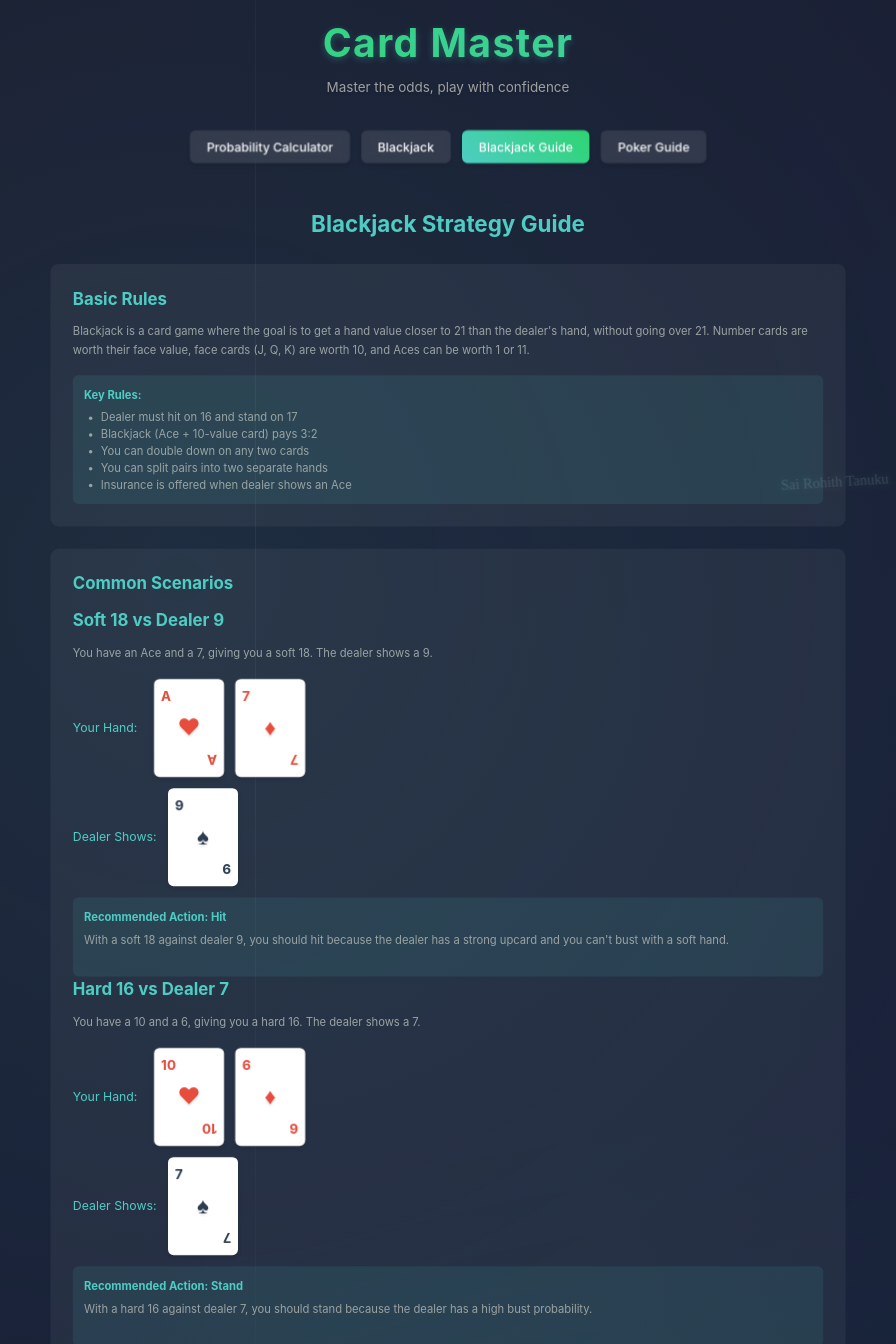
Repository: rohith1125/cards
Page: /, after clicking the first element matching `nav.css-gnujko > :nth-child(3)`
An editor plug-in stored every save of this project. The page is shown before and after the next save, followed by the edit.
The browser window is 1280 px wide. The pictures show the part of the page from y = 0 to 1920 px (the page is 4185 px tall before and 4164 px after), at 70% of full size.
The project was rebuilt for these pictures with package versions that can differ from the ones it lists, and the page was loaded fresh each time. Also part of the build but not shown: vite.config.ts, src/components/Blackjack.tsx, src/components/PokerGuide.tsx.

Above is the page before, as saved 2025-05-19 21:53:10.

### index.html
<!doctype html>
<html lang="en">
  <head>
    <meta charset="UTF-8" />
    <link rel="icon" type="image/svg+xml" href="/vite.svg" />
    <meta name="viewport" content="width=device-width, initial-scale=1.0" />
    <title>Card Master</title>
  </head>
  <body>
    <div id="root"></div>
    <script type="module" src="/src/main.tsx"></script>
  </body>
</html>

### src/index.css
:root {
  font-family: Inter, system-ui, Avenir, Helvetica, Arial, sans-serif;
  line-height: 1.5;
  font-weight: 400;

  color-scheme: light dark;
  color: rgba(255, 255, 255, 0.87);
  background-color: #242424;

  font-synthesis: none;
  text-rendering: optimizeLegibility;
  -webkit-font-smoothing: antialiased;
  -moz-osx-font-smoothing: grayscale;
}

* {
  margin: 0;
  padding: 0;
  box-sizing: border-box;
}

body {
  margin: 0;
  min-width: 320px;
  min-height: 100vh;
}

#root {
  width: 100%;
  min-height: 100vh;
}

h1 {
  font-size: 3.2em;
  line-height: 1.1;
}

button {
  border-radius: 8px;
  border: 1px solid transparent;
  padding: 0.6em 1.2em;
  font-size: 1em;
  font-weight: 500;
  font-family: inherit;
  background-color: #1a1a1a;
  cursor: pointer;
  transition: border-color 0.25s;
}

button:hover {
  border-color: #646cff;
}

button:focus,
button:focus-visible {
  outline: 4px auto -webkit-focus-ring-color;
}

@media (prefers-color-scheme: light) {
  :root {
    color: #213547;
    background-color: #ffffff;
  }
  button {
    background-color: #f9f9f9;
  }
}

### src/components/BlackjackGuide.tsx
import styled from '@emotion/styled'
import { Card } from './Card'
import { type Suit, type Value } from './Card'

const Container = styled.div`
  max-width: 1200px;
  margin: 0 auto;
  padding: 2rem;
`

const Title = styled.h2`
  color: #4ecdc4;
  margin-bottom: 2rem;
  text-align: center;
  font-size: 2rem;
`

const Section = styled.div`
  background: rgba(255, 255, 255, 0.05);
  border-radius: 12px;
  padding: 2rem;
  margin-bottom: 2rem;
`

const SectionTitle = styled.h3`
  color: #4ecdc4;
  margin-bottom: 1rem;
  font-size: 1.5rem;
  display: flex;
  align-items: center;
  gap: 1rem;
`

const Description = styled.p`
  color: #a0a0a0;
  margin-bottom: 1.5rem;
  line-height: 1.6;
`

const CardsContainer = styled.div`
  display: flex;
  gap: 1rem;
  margin-bottom: 1rem;
  align-items: center;
`

const HandLabel = styled.div`
  color: #4ecdc4;
  font-size: 1.1rem;
  min-width: 100px;
`

const Tips = styled.div`
  background: rgba(78, 205, 196, 0.1);
  border-radius: 8px;
  padding: 1rem;
  margin-top: 1rem;
`

const TipTitle = styled.h4`
  color: #4ecdc4;
  margin-bottom: 0.5rem;
`

const TipList = styled.ul`
  color: #a0a0a0;
  margin: 0;
  padding-left: 1.5rem;
`

const StrategyTable = styled.table`
  width: 100%;
  border-collapse: collapse;
  margin: 1rem 0;
  color: #a0a0a0;
`

const TableHeader = styled.th`
  background: rgba(78, 205, 196, 0.1);
  padding: 0.75rem;
  text-align: left;
  color: #4ecdc4;
`

const TableCell = styled.td`
  padding: 0.75rem;
  border-bottom: 1px solid rgba(255, 255, 255, 0.1);
`

const ActionButton = styled.button`
  padding: 0.5rem 1rem;
  border: none;
  border-radius: 4px;
  background: #4ecdc4;
  color: white;
  cursor: pointer;
  transition: all 0.3s ease;
  margin: 0.5rem;

  &:hover {
    background: #45b7af;
    transform: translateY(-2px);
  }

  &:active {
    transform: translateY(0);
  }
`

interface Scenario {
  title: string
  description: string
  playerCards: Array<{ suit: Suit; value: Value }>
  dealerCard: { suit: Suit; value: Value }
  recommendedAction: string
  explanation: string
}

const scenarios: Scenario[] = [
  {
    title: 'Soft 18 vs Dealer 9',
    description: 'You have an Ace and a 7, giving you a soft 18. The dealer shows a 9.',
    playerCards: [
      { suit: 'hearts', value: 'A' },
      { suit: 'diamonds', value: '7' }
    ],
    dealerCard: { suit: 'spades', value: '9' },
    recommendedAction: 'Hit',
    explanation: 'With a soft 18 against dealer 9, you should hit because the dealer has a strong upcard and you can\'t bust with a soft hand.'
  },
  {
    title: 'Hard 16 vs Dealer 7',
    description: 'You have a 10 and a 6, giving you a hard 16. The dealer shows a 7.',
    playerCards: [
      { suit: 'hearts', value: '10' },
      { suit: 'diamonds', value: '6' }
    ],
    dealerCard: { suit: 'spades', value: '7' },
    recommendedAction: 'Stand',
    explanation: 'With a hard 16 against dealer 7, you should stand because the dealer has a high bust probability.'
  },
  {
    title: 'Pair of 8s vs Dealer 10',
    description: 'You have a pair of 8s. The dealer shows a 10.',
    playerCards: [
      { suit: 'hearts', value: '8' },
      { suit: 'diamonds', value: '8' }
    ],
    dealerCard: { suit: 'spades', value: '10' },
    recommendedAction: 'Split',
    explanation: 'Always split 8s, even against a dealer 10. A pair of 8s is a weak hand, but splitting gives you two chances to improve.'
  }
]

const basicStrategy = [
  { playerHand: 'Hard 20', dealer2: 'Stand', dealer3: 'Stand', dealer4: 'Stand', dealer5: 'Stand', dealer6: 'Stand', dealer7: 'Stand', dealer8: 'Stand', dealer9: 'Stand', dealer10: 'Stand', dealerA: 'Stand' },
  { playerHand: 'Hard 19', dealer2: 'Stand', dealer3: 'Stand', dealer4: 'Stand', dealer5: 'Stand', dealer6: 'Stand', dealer7: 'Stand', dealer8: 'Stand', dealer9: 'Stand', dealer10: 'Stand', dealerA: 'Stand' },
  { playerHand: 'Hard 18', dealer2: 'Stand', dealer3: 'Stand', dealer4: 'Stand', dealer5: 'Stand', dealer6: 'Stand', dealer7: 'Stand', dealer8: 'Stand', dealer9: 'Stand', dealer10: 'Stand', dealerA: 'Stand' },
  { playerHand: 'Hard 17', dealer2: 'Stand', dealer3: 'Stand', dealer4: 'Stand', dealer5: 'Stand', dealer6: 'Stand', dealer7: 'Stand', dealer8: 'Stand', dealer9: 'Stand', dealer10: 'Stand', dealerA: 'Stand' },
  { playerHand: 'Hard 16', dealer2: 'Stand', dealer3: 'Stand', dealer4: 'Stand', dealer5: 'Stand', dealer6: 'Stand', dealer7: 'Hit', dealer8: 'Hit', dealer9: 'Hit', dealer10: 'Hit', dealerA: 'Hit' },
  { playerHand: 'Hard 15', dealer2: 'Stand', dealer3: 'Stand', dealer4: 'Stand', dealer5: 'Stand', dealer6: 'Stand', dealer7: 'Hit', dealer8: 'Hit', dealer9: 'Hit', dealer10: 'Hit', dealerA: 'Hit' },
  { playerHand: 'Hard 13-14', dealer2: 'Stand', dealer3: 'Stand', dealer4: 'Stand', dealer5: 'Stand', dealer6: 'Stand', dealer7: 'Hit', dealer8: 'Hit', dealer9: 'Hit', dealer10: 'Hit', dealerA: 'Hit' },
  { playerHand: 'Hard 12', dealer2: 'Hit', dealer3: 'Hit', dealer4: 'Stand', dealer5: 'Stand', dealer6: 'Stand', dealer7: 'Hit', dealer8: 'Hit', dealer9: 'Hit', dealer10: 'Hit', dealerA: 'Hit' },
  { playerHand: 'Hard 11', dealer2: 'Double', dealer3: 'Double', dealer4: 'Double', dealer5: 'Double', dealer6: 'Double', dealer7: 'Double', dealer8: 'Double', dealer9: 'Double', dealer10: 'Double', dealerA: 'Hit' },
  { playerHand: 'Hard 10', dealer2: 'Double', dealer3: 'Double', dealer4: 'Double', dealer5: 'Double', dealer6: 'Double', dealer7: 'Double', dealer8: 'Double', dealer9: 'Double', dealer10: 'Hit', dealerA: 'Hit' },
  { playerHand: 'Hard 9', dealer2: 'Hit', dealer3: 'Double', dealer4: 'Double', dealer5: 'Double', dealer6: 'Double', dealer7: 'Hit', dealer8: 'Hit', dealer9: 'Hit', dealer10: 'Hit', dealerA: 'Hit' },
  { playerHand: 'Hard 8 or less', dealer2: 'Hit', dealer3: 'Hit', dealer4: 'Hit', dealer5: 'Hit', dealer6: 'Hit', dealer7: 'Hit', dealer8: 'Hit', dealer9: 'Hit', dealer10: 'Hit', dealerA: 'Hit' }
]

export const BlackjackGuide = () => {
  return (
    <Container>
      <Title>Blackjack Strategy Guide</Title>

      <Section>
        <SectionTitle>Basic Rules</SectionTitle>
        <Description>
          Blackjack is a card game where the goal is to get a hand value closer to 21 than the dealer's hand, without going over 21.
          Number cards are worth their face value, face cards (J, Q, K) are worth 10, and Aces can be worth 1 or 11.
        </Description>
        <Tips>
          <TipTitle>Key Rules:</TipTitle>
          <TipList>
            <li>Dealer must hit on 16 and stand on 17</li>
            <li>Blackjack (Ace + 10-value card) pays 3:2</li>
            <li>You can double down on any two cards</li>
            <li>You can split pairs into two separate hands</li>
            <li>Insurance is offered when dealer shows an Ace</li>
          </TipList>
        </Tips>
      </Section>

      <Section>
        <SectionTitle>Common Scenarios</SectionTitle>
        {scenarios.map((scenario, index) => (
          <div key={index}>
            <SectionTitle>{scenario.title}</SectionTitle>
            <Description>{scenario.description}</Description>
            <CardsContainer>
              <HandLabel>Your Hand:</HandLabel>
              {scenario.playerCards.map((card, cardIndex) => (
                <Card
                  key={`player-${cardIndex}`}
                  suit={card.suit}
                  value={card.value}
                />
              ))}
            </CardsContainer>
            <CardsContainer>
              <HandLabel>Dealer Shows:</HandLabel>
              <Card
                suit={scenario.dealerCard.suit}
                value={scenario.dealerCard.value}
              />
            </CardsContainer>
            <Tips>
              <TipTitle>Recommended Action: {scenario.recommendedAction}</TipTitle>
              <Description>{scenario.explanation}</Description>
            </Tips>
          </div>
        ))}
      </Section>

      <Section>
        <SectionTitle>Basic Strategy</SectionTitle>
        <Description>
          Basic strategy is the mathematically optimal way to play blackjack.
          It tells you the best action to take for any combination of your hand and the dealer's upcard.
        </Description>
        <StrategyTable>
          <thead>
            <tr>
              <TableHeader>Your Hand</TableHeader>
              <TableHeader>Dealer 2</TableHeader>
              <TableHeader>Dealer 3</TableHeader>
              <TableHeader>Dealer 4</TableHeader>
              <TableHeader>Dealer 5</TableHeader>
              <TableHeader>Dealer 6</TableHeader>
              <TableHeader>Dealer 7</TableHeader>
              <TableHeader>Dealer 8</TableHeader>
              <TableHeader>Dealer 9</TableHeader>
              <TableHeader>Dealer 10</TableHeader>
              <TableHeader>Dealer A</TableHeader>
            </tr>
          </thead>
          <tbody>
            {basicStrategy.map((row, index) => (
              <tr key={index}>
                <TableCell>{row.playerHand}</TableCell>
                <TableCell>{row.dealer2}</TableCell>
                <TableCell>{row.dealer3}</TableCell>
                <TableCell>{row.dealer4}</TableCell>
                <TableCell>{row.dealer5}</TableCell>
                <TableCell>{row.dealer6}</TableCell>
                <TableCell>{row.dealer7}</TableCell>
                <TableCell>{row.dealer8}</TableCell>
                <TableCell>{row.dealer9}</TableCell>
                <TableCell>{row.dealer10}</TableCell>
                <TableCell>{row.dealerA}</TableCell>
              </tr>
            ))}
          </tbody>
        </StrategyTable>
      </Section>

      <Section>
        <SectionTitle>Advanced Tips</SectionTitle>
        <Tips>
          <TipTitle>When to Double Down:</TipTitle>
          <TipList>
            <li>Double down on 11 against dealer 2-10</li>
            <li>Double down on 10 against dealer 2-9</li>
            <li>Double down on 9 against dealer 3-6</li>
            <li>Double down on soft 13-17 against dealer 3-6</li>
          </TipList>
        </Tips>
        <Tips>
          <TipTitle>When to Split:</TipTitle>
          <TipList>
            <li>Always split Aces and 8s</li>
            <li>Never split 5s or 10s</li>
            <li>Split 2s and 3s against dealer 2-7</li>
            <li>Split 4s against dealer 5-6</li>
            <li>Split 6s against dealer 2-6</li>
            <li>Split 7s against dealer 2-7</li>
            <li>Split 9s against dealer 2-9 (except 7)</li>
          </TipList>
        </Tips>
        <Tips>
          <TipTitle>Insurance and Surrender:</TipTitle>
          <TipList>
            <li>Never take insurance (it's a bad bet)</li>
            <li>Surrender hard 15 against dealer 10</li>
            <li>Surrender hard 15 against dealer 9</li>
            <li>Surrender hard 14 against dealer 10</li>
          </TipList>
        </Tips>
      </Section>
    </Container>
  )
}

### src/components/Card.tsx
import styled from '@emotion/styled'
import { keyframes } from '@emotion/react'

export type Suit = 'hearts' | 'diamonds' | 'clubs' | 'spades'
export type Value = 'A' | '2' | '3' | '4' | '5' | '6' | '7' | '8' | '9' | '10' | 'J' | 'Q' | 'K'

interface CardProps {
  suit: Suit
  value: Value
  hidden?: boolean
  onClick?: () => void
}

const cardFlip = keyframes`
  from {
    transform: rotateY(0deg);
  }
  to {
    transform: rotateY(180deg);
  }
`

const glowAnimation = keyframes`
  0% {
    box-shadow: 0 0 5px rgba(78, 205, 196, 0.5);
  }
  50% {
    box-shadow: 0 0 20px rgba(78, 205, 196, 0.8);
  }
  100% {
    box-shadow: 0 0 5px rgba(78, 205, 196, 0.5);
  }
`

interface CardContainerProps {
  $suit: Suit
  $hidden?: boolean
}

const CardContainer = styled.div<CardContainerProps>`
  width: 100px;
  height: 140px;
  background: ${props => props.$hidden ? '#2c3e50' : 'white'};
  border-radius: 8px;
  padding: 10px;
  display: flex;
  flex-direction: column;
  justify-content: space-between;
  color: ${props => props.$suit === 'hearts' || props.$suit === 'diamonds' ? '#e74c3c' : '#2c3e50'};
  box-shadow: 0 4px 6px rgba(0, 0, 0, 0.1);
  transition: all 0.3s ease;
  position: relative;
  cursor: ${props => props.onClick ? 'pointer' : 'default'};
  transform-style: preserve-3d;
  animation: ${props => props.$hidden ? cardFlip : 'none'} 0.6s ease-in-out;

  &:hover {
    transform: translateY(-5px) rotateX(10deg);
    animation: ${glowAnimation} 2s infinite;
  }

  &::after {
    content: 'SRT';
    position: absolute;
    bottom: 2px;
    right: 2px;
    font-size: 6px;
    opacity: 0.1;
    font-family: monospace;
    transform: rotate(-45deg);
    text-shadow: 0 0 2px rgba(78, 205, 196, 0.3);
  }

  &::before {
    content: '';
    position: absolute;
    top: 0;
    left: 0;
    right: 0;
    bottom: 0;
    background: linear-gradient(45deg, transparent 48%, rgba(255, 255, 255, 0.1) 49%, transparent 50%);
    background-size: 20px 20px;
    opacity: 0.1;
    pointer-events: none;
  }
`;

const TopValue = styled.div`
  font-size: 1.2rem;
  font-weight: bold;
  display: flex;
  align-items: center;
  gap: 4px;
  text-shadow: 0 1px 2px rgba(0, 0, 0, 0.1);
`;

const CenterSuit = styled.div`
  font-size: 2rem;
  display: flex;
  justify-content: center;
  align-items: center;
  flex: 1;
  text-shadow: 0 2px 4px rgba(0, 0, 0, 0.1);
`;

const BottomValue = styled.div`
  font-size: 1.2rem;
  font-weight: bold;
  display: flex;
  align-items: center;
  gap: 4px;
  transform: rotate(180deg);
  text-shadow: 0 1px 2px rgba(0, 0, 0, 0.1);
`;

const HiddenPattern = styled.div`
  position: absolute;
  top: 0;
  left: 0;
  right: 0;
  bottom: 0;
  background:
    linear-gradient(45deg, transparent 48%, rgba(255, 255, 255, 0.1) 49%, rgba(255, 255, 255, 0.1) 51%, transparent 52%),
    linear-gradient(-45deg, transparent 48%, rgba(255, 255, 255, 0.1) 49%, rgba(255, 255, 255, 0.1) 51%, transparent 52%);
  background-size: 20px 20px;
  animation: ${cardFlip} 0.6s ease-in-out;
`;

export const Card = ({ suit, value, hidden = false, onClick }: CardProps) => {
  const getSuitSymbol = (suit: Suit) => {
    switch (suit) {
      case 'hearts': return '♥';
      case 'diamonds': return '♦';
      case 'clubs': return '♣';
      case 'spades': return '♠';
    }
  }

  return (
    <CardContainer $suit={suit} $hidden={hidden} onClick={onClick}>
      {!hidden && (
        <>
          <TopValue>{value}</TopValue>
          <CenterSuit>{getSuitSymbol(suit)}</CenterSuit>
          <BottomValue>{value}</BottomValue>
        </>
      )}
      {hidden && <HiddenPattern />}
    </CardContainer>
  )
}

### src/utils/deck.ts
import type { Suit, Value } from '../components/Card'

// Card data interface for representing a playing card
export type CardData = {
  suit: Suit
  value: Value
}

const SUITS: Suit[] = ['hearts', 'diamonds', 'clubs', 'spades']
const VALUES: Value[] = ['A', '2', '3', '4', '5', '6', '7', '8', '9', '10', 'J', 'Q', 'K']

// Create a new deck of 52 cards
export const createDeck = (): CardData[] => {
  const deck: CardData[] = []
  for (const suit of SUITS) {
    for (const value of VALUES) {
      deck.push({ suit, value })
    }
  }
  return deck
}

// Fisher-Yates shuffle algorithm
export const shuffleDeck = (deck: CardData[]): CardData[] => {
  if (!deck.length) return []

  const shuffled = [...deck]
  for (let i = shuffled.length - 1; i > 0; i--) {
    const j = Math.floor(Math.random() * (i + 1))
    ;[shuffled[i], shuffled[j]] = [shuffled[j], shuffled[i]]
  }
  return shuffled
}

// Deal cards to multiple players
export const dealCards = (deck: CardData[], numPlayers: number, cardsPerPlayer: number): { hands: CardData[][], remainingDeck: CardData[] } => {
  if (!deck.length || numPlayers <= 0 || cardsPerPlayer <= 0) {
    return { hands: [], remainingDeck: deck }
  }

  const hands: CardData[][] = Array(numPlayers).fill(null).map(() => [])
  const shuffledDeck = shuffleDeck(deck)
  const totalCardsNeeded = numPlayers * cardsPerPlayer

  if (totalCardsNeeded > shuffledDeck.length) {
    throw new Error('Not enough cards in deck for all players')
  }

  for (let i = 0; i < cardsPerPlayer; i++) {
    for (let j = 0; j < numPlayers; j++) {
      const card = shuffledDeck.pop()
      if (card) {
        hands[j].push(card)
      }
    }
  }

  return { hands, remainingDeck: shuffledDeck }
}

// Calculate probability of drawing specific cards in sequence
export const calculateProbability = (deck: CardData[], targetCards: CardData[]): number => {
  if (!deck.length || !targetCards.length) return 0

  const remainingCards = deck.length
  const targetCount = targetCards.length

  if (targetCount > remainingCards) return 0

  let probability = 1
  for (let i = 0; i < targetCount; i++) {
    probability *= (targetCount - i) / (remainingCards - i)
  }

  return probability
}

// Calculate blackjack hand value
export const calculateHandValue = (cards: CardData[]): number => {
  if (!cards.length) return 0

  let value = 0
  let aces = 0

  cards.forEach(card => {
    if (card.value === 'A') {
      aces++
      value += 11
    } else if (['K', 'Q', 'J'].includes(card.value)) {
      value += 10
    } else {
      value += parseInt(card.value)
    }
  })

  // Adjust for aces
  while (value > 21 && aces > 0) {
    value -= 10
    aces--
  }

  return value
}

// Check if a hand is a blackjack (Ace + 10-value card)
export const isBlackjack = (cards: CardData[]): boolean => {
  if (cards.length !== 2) return false

  const hasAce = cards.some(card => card.value === 'A')
  const hasTenValue = cards.some(card => ['10', 'J', 'Q', 'K'].includes(card.value))

  return hasAce && hasTenValue
}

Loaded but not shown: src/main.tsx (common file); src/components/ProbabilityCalculator.tsx (266 lines, source omitted); src/App.tsx (246 lines, source omitted)

After the next save:
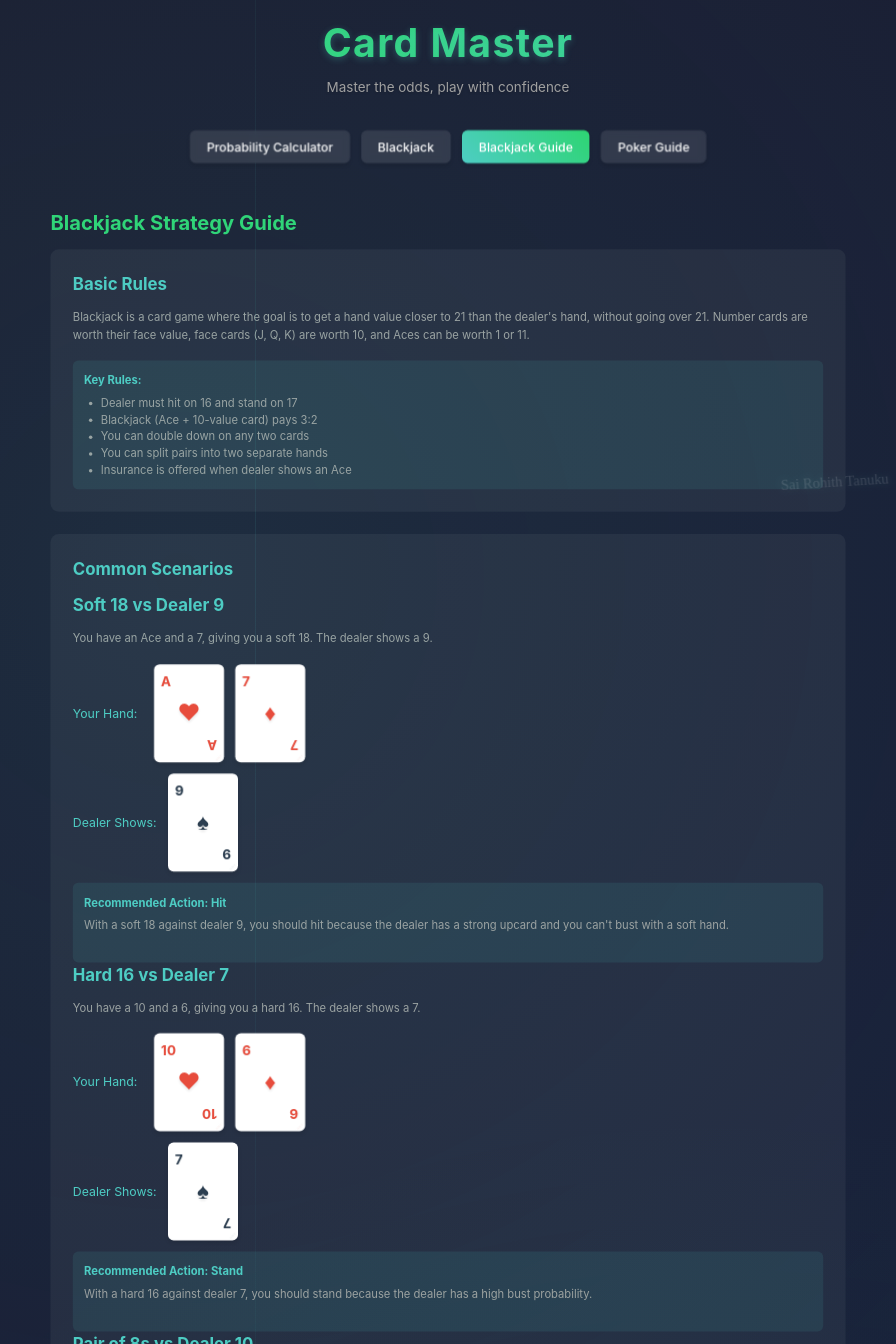
Saved 8 s later.
--- a/src/components/BlackjackGuide.tsx
+++ b/src/components/BlackjackGuide.tsx
@@ -9,13 +9,12 @@ const Container = styled.div`
 `
 
 const Title = styled.h2`
-  color: #4ecdc4;
-  margin-bottom: 2rem;
-  text-align: center;
-  font-size: 2rem;
-`
-
-const Section = styled.div`
+  color: #2ed573;
+  margin-bottom: 1rem;
+  font-size: 1.8rem;
+`
+
+const Section = styled.section`
   background: rgba(255, 255, 255, 0.05);
   border-radius: 12px;
   padding: 2rem;
@@ -85,26 +84,6 @@ const TableHeader = styled.th`
 const TableCell = styled.td`
   padding: 0.75rem;
   border-bottom: 1px solid rgba(255, 255, 255, 0.1);
-`
-
-const ActionButton = styled.button`
-  padding: 0.5rem 1rem;
-  border: none;
-  border-radius: 4px;
-  background: #4ecdc4;
-  color: white;
-  cursor: pointer;
-  transition: all 0.3s ease;
-  margin: 0.5rem;
-
-  &:hover {
-    background: #45b7af;
-    transform: translateY(-2px);
-  }
-
-  &:active {
-    transform: translateY(0);
-  }
 `
 
 interface Scenario {
